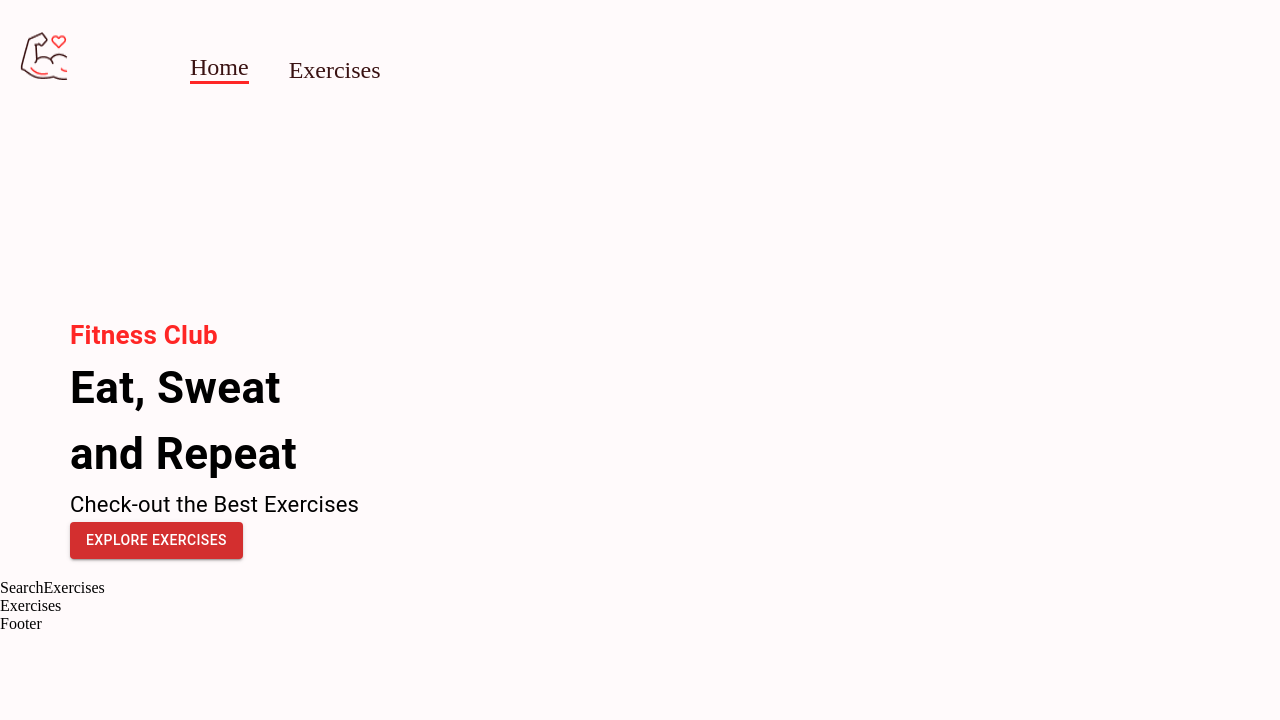
Repository: remydev47/fitness-center
Page: /
An editor plug-in stored every save of this project. The page is shown before and after the next save, followed by the edit.
The browser window is 1280 px wide. The pictures show the whole page.
The project was rebuilt for these pictures with package versions that can differ from the ones it lists, and the page was loaded fresh each time. Also part of the build but not shown: src/pages/ExerciseDetail.js.

Above is the page before, as saved 2022-07-26 00:22:58.

### src/index.js
import React from 'react'
import ReactDOM from  'react-dom'
import { BrowserRouter } from 'react-router-dom'

import App from './App'

const root = ReactDOM.createRoot(document.getElementById('root'))

root.render(
    <BrowserRouter>
      <App/>
    </BrowserRouter>
)

### src/App.js
import React from 'react'
import { Route, Routes } from 'react-router-dom';
import { Box } from '@mui/material'

import './App.css'
import Navbar from './components/Navbar';
import Footer from './components/Footer'
import Home from './pages/Home';
import ExerciseDetail from './pages/ExerciseDetail';

const App = () => {
  return (
    <Box>
      <Navbar />
      <Routes>
        <Route path="/"  element={<Home />}/>
        <Route path="/exercise/:id"  element={<ExerciseDetail />}/>
      </Routes>
      <Footer />
    </Box>
  )
}

export default App

### src/components/Navbar.js
import React from 'react'
import { Link } from 'react-router-dom';
import { Stack } from '@mui/material'
import Logo from '../assets/images/Logo.png'

const Navbar = () => {
  return (
    <Stack
     direction="row"
     justifyContent="space-around"
     sx={{ gap: { sm: '122px', xs: '40px'}, mt: { sm: '32px', xs:'20px'}, justifyContent: 'none'}}
     px="20px"
    >
        <Link to="/">
            <img
               src={Logo}
               alt="logo"
               style={{
                width:'48px',
                height:'48px',
                margin: '0, 20px'
               }}
            />
        </Link>
        <Stack
            direction="row"
            gap="40px"
            fontSize="24px"
            alignItems="flex-end"
        >
            <Link to="/" style={{
                textDecoration:"none",
                color:"#3A1212",
                borderBottom: '3px solid #FF2625'
            }}
            >
                Home
            </Link>
            <a href="#exercises" style={{ textDecoration:"none", color:"#3A1212"}}>Exercises</a>
        </Stack>
    </Stack>
  )
}

export default Navbar

### src/pages/Home.js
import React, { useState } from 'react';
import { Box } from '@mui/material'
import HeaderBanner from '../components/HeaderBanner';
import SearchExercises from '../components/SearchExercises';
import Exercises from '../components/Exercises';

const Home = () => {
  return (
    <Box>
        <HeaderBanner />
        <SearchExercises />
        <Exercises />
    </Box>
  )
}

export default Home

### src/components/HeaderBanner.js
import React from 'react';
import { Box, Stack, Typography, Button } from '@mui/material';
import banner from '../assets/images/banner.png';

const HeaderBanner = () => {
  return (
    <Box
      sx={{
        mt:{ lg: '212px', xs: '70px'},
        ml: { sm: '50px'}
      }}
      position="relative"
      p="20px"
    >
        <Typography
          color="#FF2625"
          fontSize="26px"
          fontWeight="600"
        >
            Fitness Club
        </Typography>
        <Typography
          fontWeight={700}
          sx={{
             fontSize: { lg:'44px', xs: '40px'}
          }}
        >
            Eat, Sweat <br/>and Repeat
        </Typography>
        <Typography
         fontSize="22px"
         lineHeight="35px"
        >
            Check-out the Best Exercises
        </Typography>
        <Button
          variant="contained"
          color="error"
        >
            Explore Exercises
        </Button>
    </Box>
  )
}

export default HeaderBanner

Loaded but not shown: public/index.html (common file); src/App.css (common file); src/components/Footer.js (common file); src/components/SearchExercises.js (common file); src/components/Exercises.js (common file)

After the next save:
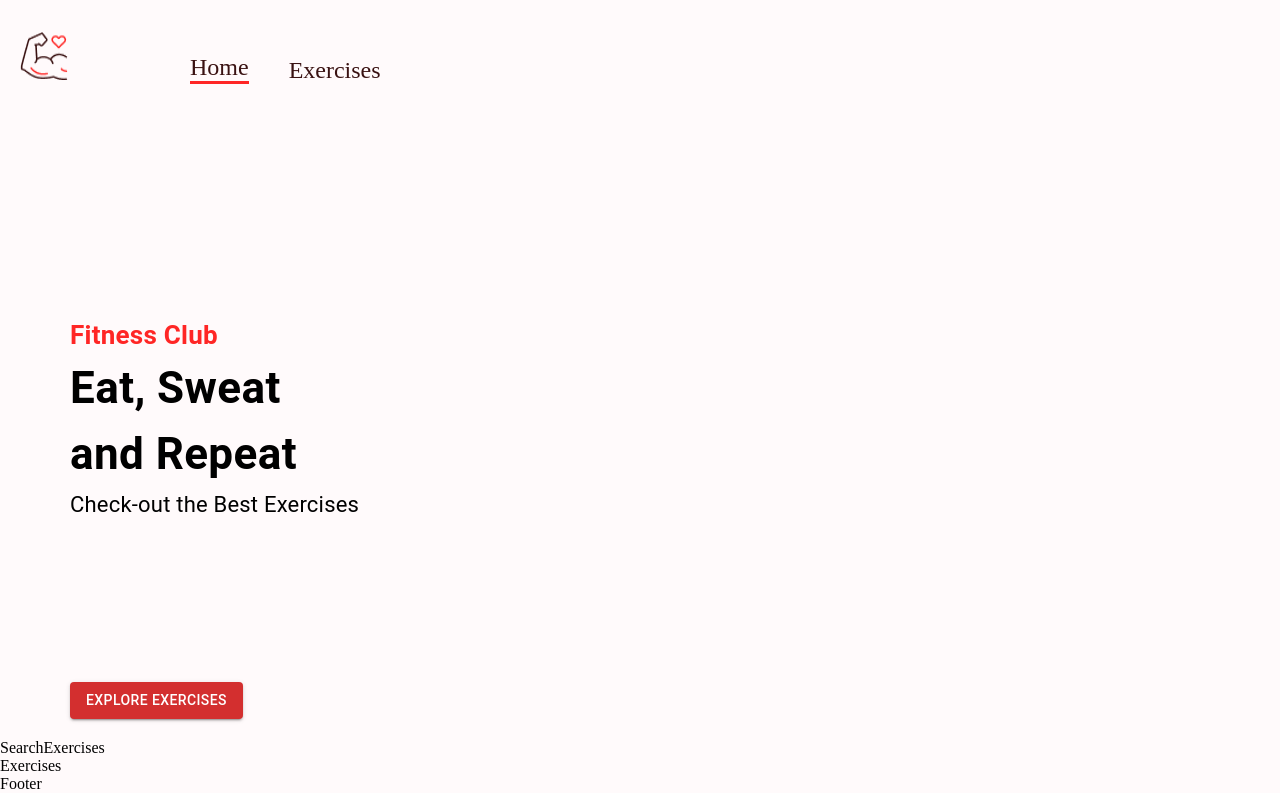
Saved 16 s later.
--- a/src/components/HeaderBanner.js
+++ b/src/components/HeaderBanner.js
@@ -30,6 +30,7 @@ const HeaderBanner = () => {
         <Typography
          fontSize="22px"
          lineHeight="35px"
+         mb={20}
         >
             Check-out the Best Exercises
         </Typography>
